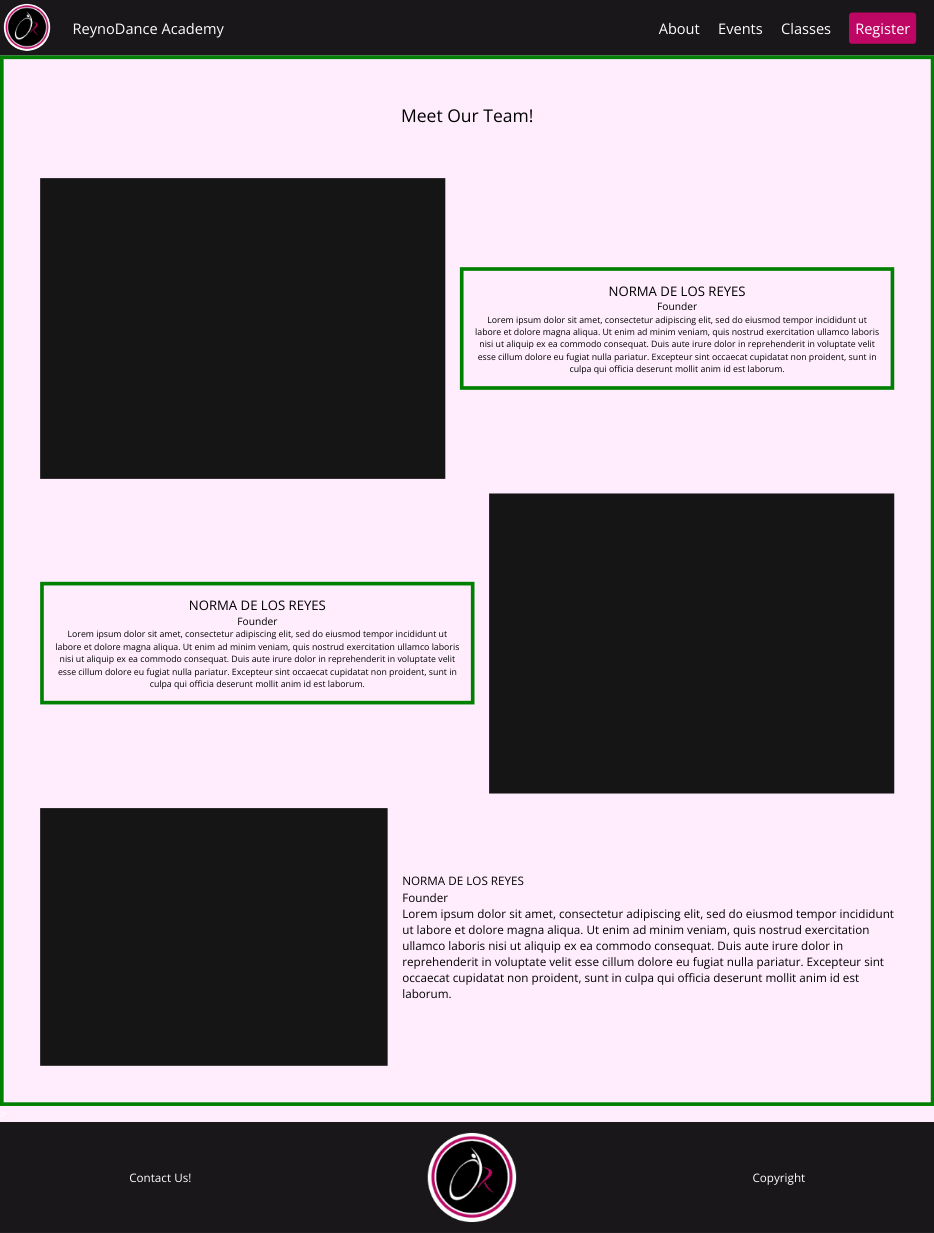
Repository: andreaelpz/reynodance-academy
Page: /about
These files come from the project's save history. The page is drawn as it stood at one moment and after the next save; the edit follows.
The browser window is 1280 px wide. The pictures show the whole page, at 73% of full size.
The project was rebuilt for these pictures with package versions that can differ from the ones it lists, and the page was loaded fresh each time. Also part of the build but not shown: angular.json, src/app/classes/classes.component.ts, src/app/events/events.component.ts, src/app/sign-in/sign-in.component.ts, src/app/dashboard/dashboard.component.ts, src/app/home/home.component.ts, src/app/user/register/register.component.ts, src/app/login/login.component.ts.

Above is the page before, as saved 2024-11-18 21:12:28.

After the next save:
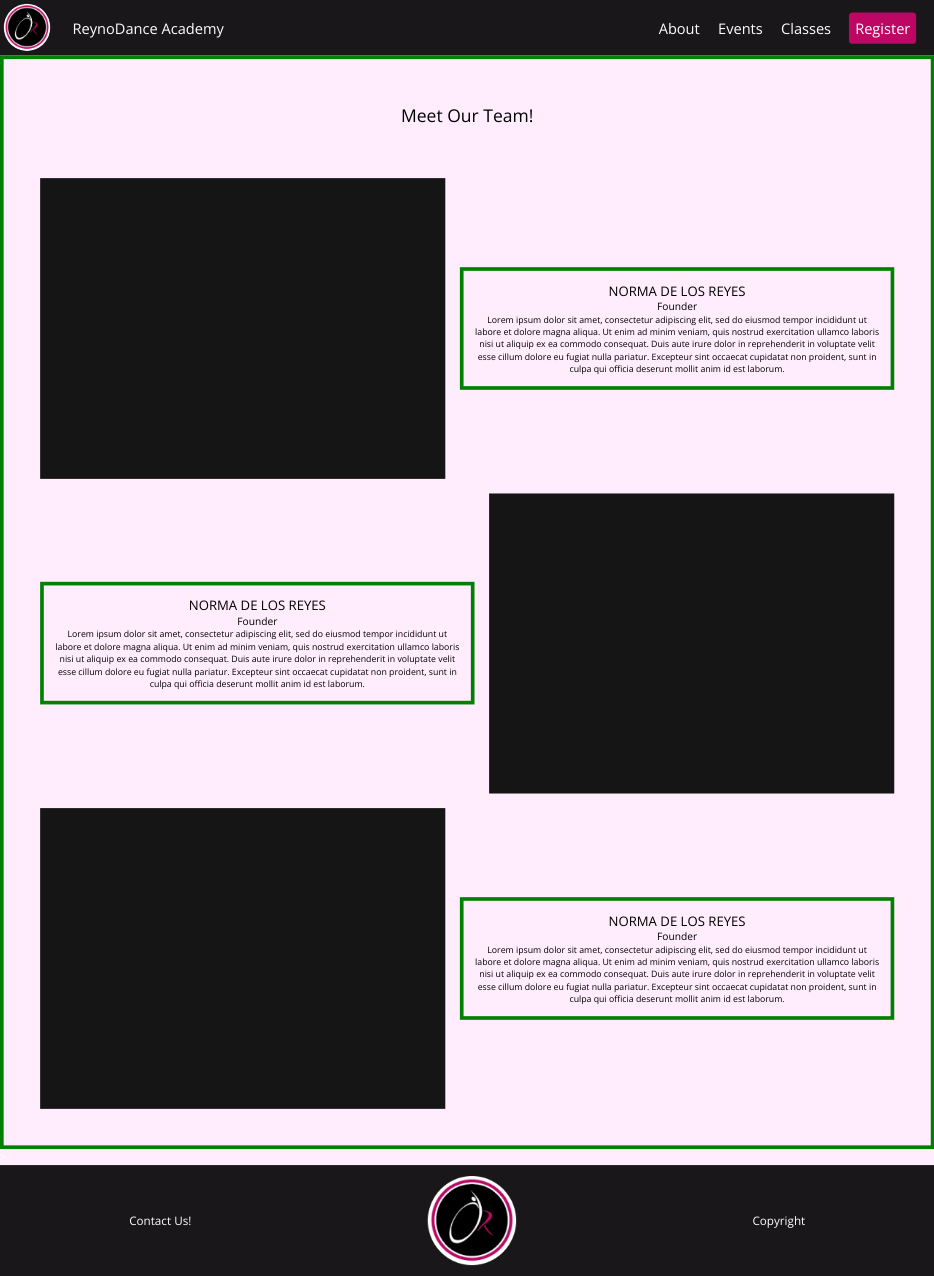
Saved 7 s later.
--- a/src/app/about/about.component.html
+++ b/src/app/about/about.component.html
@@ -17,10 +17,10 @@
     </div>
 
     <div class = "teacher">
-        <img class = "normaPhoto" src="/assets/images/norma.png">
-        <div class = "normaTitle">NORMA DE LOS REYES
-            <div class = "normaPos">Founder</div>
-            <div class = "normaInfo">Lorem ipsum dolor sit amet, consectetur adipiscing elit, sed do eiusmod tempor incididunt ut labore et dolore magna aliqua. Ut enim ad minim veniam, quis nostrud exercitation ullamco laboris nisi ut aliquip ex ea commodo consequat. Duis aute irure dolor in reprehenderit in voluptate velit esse cillum dolore eu fugiat nulla pariatur. Excepteur sint occaecat cupidatat non proident, sunt in culpa qui officia deserunt mollit anim id est laborum.</div>
+        <img class = "teacherPhoto" src="/assets/images/norma.png">
+        <div class = "teacherTitle">NORMA DE LOS REYES
+            <div class = "teacherPos">Founder</div>
+            <div class = "teacherInfo">Lorem ipsum dolor sit amet, consectetur adipiscing elit, sed do eiusmod tempor incididunt ut labore et dolore magna aliqua. Ut enim ad minim veniam, quis nostrud exercitation ullamco laboris nisi ut aliquip ex ea commodo consequat. Duis aute irure dolor in reprehenderit in voluptate velit esse cillum dolore eu fugiat nulla pariatur. Excepteur sint occaecat cupidatat non proident, sunt in culpa qui officia deserunt mollit anim id est laborum.</div>
         </div>
     </div>
 </div>>
